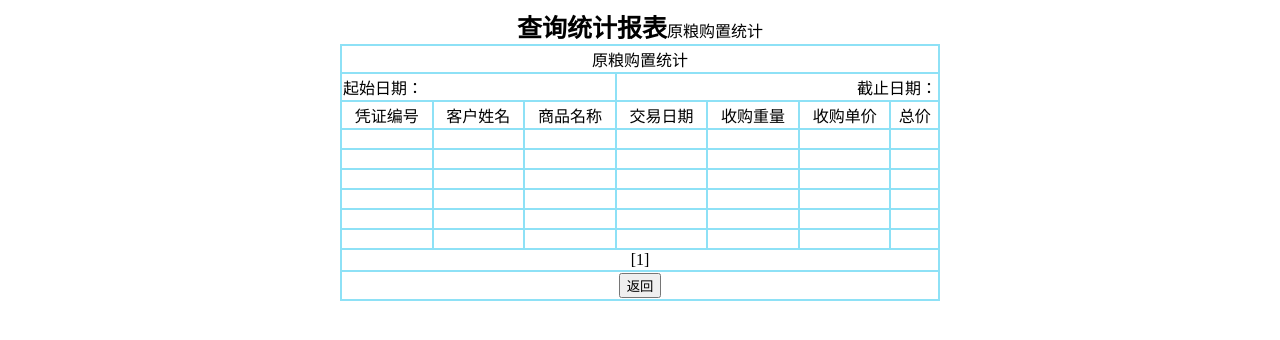
Repository: yuxingyan/OneCrewFlour
Page: http://localhost/Flour/showbuy.jsp
These files come from the project's save history. The page is drawn as it stood at one moment and after the next save; the edit follows.
The browser window is 1280 px wide. The pictures show the whole page.
The page is served by Tomcat 9. Nobody is signed in. The application's start-up code is not run. Other server files are loaded and not shown.

Above is the page before, as saved 2018-01-11 07:15:28.

### Flour/WebRoot/showbuy.jsp
<%@ page language="java" import="java.util.*" pageEncoding="utf-8"%>
<%
String path = request.getContextPath();
String basePath = request.getScheme()+"://"+request.getServerName()+":"+request.getServerPort()+path+"/";
%>

<!DOCTYPE HTML PUBLIC "-//W3C//DTD HTML 4.01 Transitional//EN">
<html>
  <head>
    <base href="<%=basePath%>">

    <title>My JSP 'showbuy.jsp' starting page</title>

	<meta http-equiv="pragma" content="no-cache">
	<meta http-equiv="cache-control" content="no-cache">
	<meta http-equiv="expires" content="0">
	<meta http-equiv="keywords" content="keyword1,keyword2,keyword3">
	<meta http-equiv="description" content="This is my page">
	<!--
	<link rel="stylesheet" type="text/css" href="styles.css">
	-->

  </head>

  <body>
    <center>
    <form   name="原粮购置统计" action="" method="post">
    <strong style="font-size:25px">查询统计报表</strong>原粮购置统计
    <table border="1" width="600"  cellspacing="0" bordercolor="#8EE1F6">

     <tr height="20px"><td align="center" colspan="8" >原粮购置统计</td></tr>
     <tr height="20px"><td align="left" colspan="3" >起始日期：</td><td align="right" colspan="4" >截止日期：</td>
     <tr>
    <td align="center">凭证编号</td>
     <td align="center">客户姓名</td>
      <td align="center">商品名称</td>
       <td align="center">交易日期</td>
        <td align="center">收购重量</td>
         <td align="center">收购单价</td>
          <td align="center">总价</td>
    </tr>
    <tr height="20px"><td></td><td></td><td></td><td></td><td></td><td></td><td></td></tr>
    <tr height="20px"><td></td><td></td><td></td><td></td><td></td><td></td><td></td></tr>
    <tr height="20px"><td></td><td></td><td></td><td></td><td><td></td><td></td></td></tr>
    <tr height="20px"><td></td><td></td><td></td><td></td><td></td><td></td><td></td></tr>
    <tr height="20px"><td></td><td></td><td></td><td></td><td></td><td></td><td></td></tr>
    <tr height="20px"><td></td><td></td><td></td><td></td><td></td><td></td><td></td></tr>
    <tr><td align="center" colspan="10" >[1]</td></tr>
    <tr><td align="center" colspan="10" >
      <button type="button">返回</button>
      </td></tr>
    </table>
    </form>
    </center>
  </body>
</html>

After the next save:
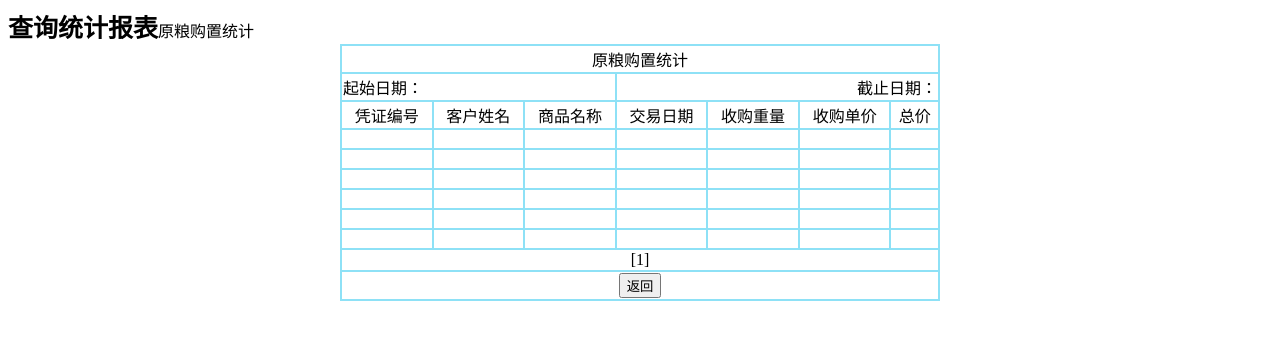
Saved 50 s later.
--- a/Flour/WebRoot/showbuy.jsp
+++ b/Flour/WebRoot/showbuy.jsp
@@ -23,9 +23,10 @@ String basePath = request.getScheme()+"://"+request.getServerName()+":"+request.
   </head>
 
   <body>
+     <strong style="font-size:25px">查询统计报表</strong>原粮购置统计
     <center>
     <form   name="原粮购置统计" action="" method="post">
-    <strong style="font-size:25px">查询统计报表</strong>原粮购置统计
+
     <table border="1" width="600"  cellspacing="0" bordercolor="#8EE1F6">
 
      <tr height="20px"><td align="center" colspan="8" >原粮购置统计</td></tr>
